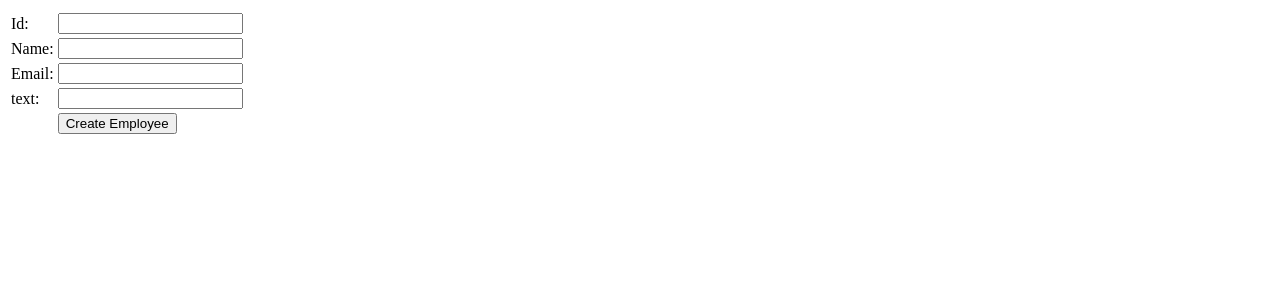
Repository: anitatripuraneni/SpringWeb
Page: http://localhost/SpringWeb/jsp/create.jsp
These files come from the project's save history. The page is drawn as it stood at one moment and after the next save; the edit follows.
The browser window is 1280 px wide. The pictures show the whole page.
The page is served by Tomcat 9. Nobody is signed in. The application's start-up code is not run. Other server files are loaded and not shown.

Above is the page before, as saved 2017-03-22 09:21:32.

### SpringWeb/WebContent/jsp/create.jsp
<%@ page language="java" contentType="text/html; charset=ISO-8859-1"
    pageEncoding="ISO-8859-1"%>
<!DOCTYPE html PUBLIC "-//W3C//DTD HTML 4.01 Transitional//EN" "http://www.w3.org/TR/html4/loose.dtd">
<html>
<head>
<meta http-equiv="Content-Type" content="text/html; charset=ISO-8859-1">
<title>create employee</title>
</head>
<body>

<form method="get" action="${pageContext.request.contextPath}/docreate">
<table>
<tr>
<tr><td>Id:</td><td><input name="id" type="text"></td></tr>
<tr><td>Name:</td><td><input name="name" type="text"></td></tr>
<tr><td>Email:</td><td><input name="email" type="text"></td></tr>
<tr><td>text:</td><td><input name="text" type="text"></td></tr>
<tr><td>  </td><td><input value="Create Employee" type="submit"></td></tr>

</table>
</form>
</body>
</html>

After the next save:
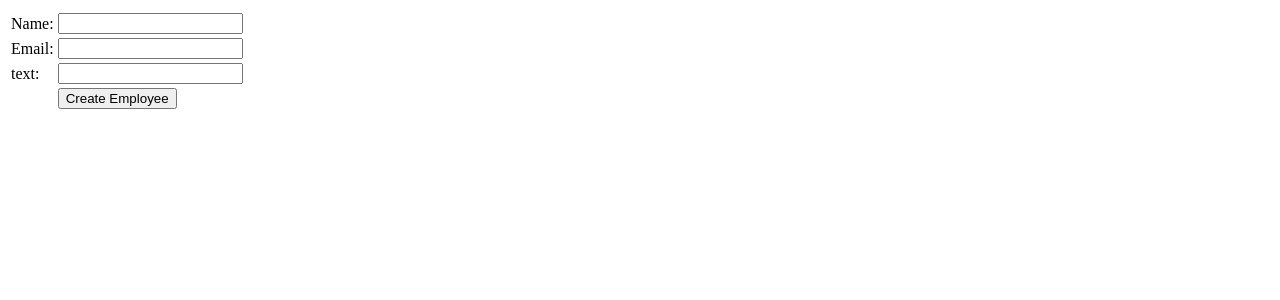
Saved 3 min 6 s later.
--- a/SpringWeb/WebContent/jsp/create.jsp
+++ b/SpringWeb/WebContent/jsp/create.jsp
@@ -11,11 +11,11 @@
 <form method="get" action="${pageContext.request.contextPath}/docreate">
 <table>
 <tr>
-<tr><td>Id:</td><td><input name="id" type="text"></td></tr>
+
 <tr><td>Name:</td><td><input name="name" type="text"></td></tr>
 <tr><td>Email:</td><td><input name="email" type="text"></td></tr>
 <tr><td>text:</td><td><input name="text" type="text"></td></tr>
-<tr><td>  </td><td><input value="Create Employee" type="submit"></td></tr>
+<tr><td>  </td><td><input value="Create Employee" type="submit" ></td></tr>
 
 </table>
 </form>
